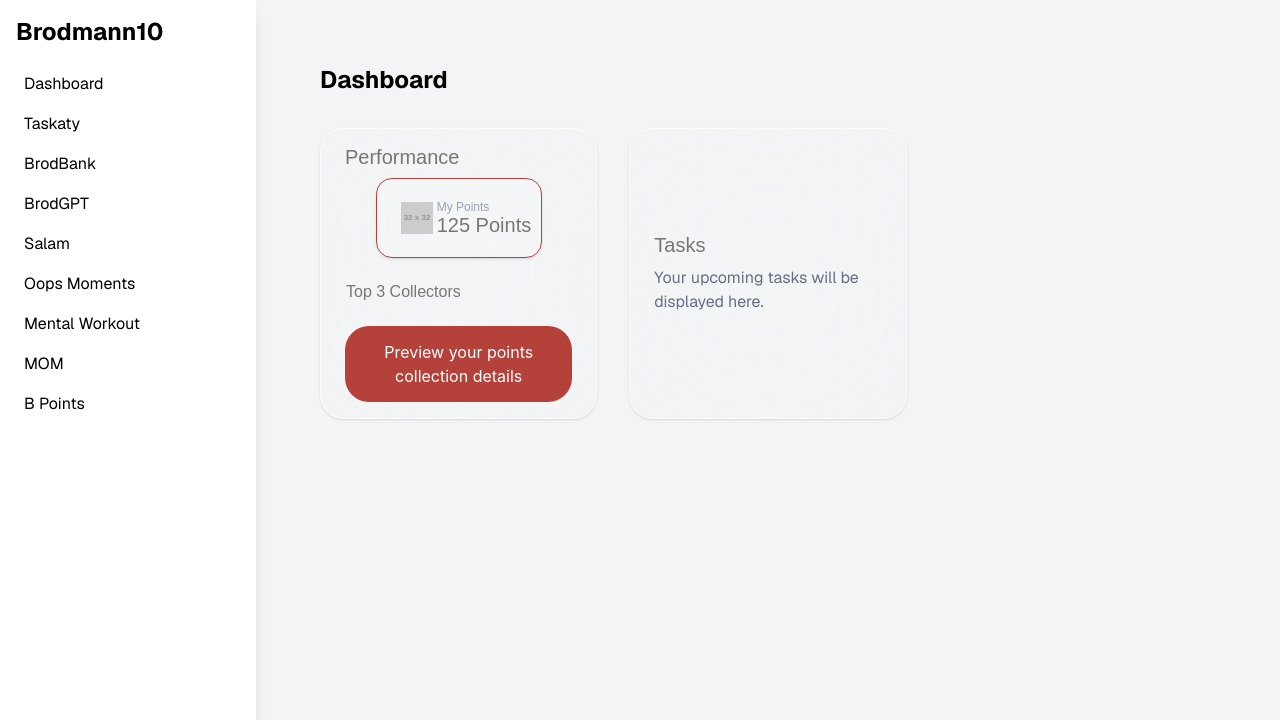
Repository: niirshihab/aetherav14
Page: /dashboard
These files come from the project's save history. The page is drawn as it stood at one moment and after the next save; the edit follows.
The browser window is 1280 px wide. The pictures show the whole page.
The project was rebuilt for these pictures with package versions that can differ from the ones it lists, and the page was loaded fresh each time. Some packages were replaced by stand-ins written for this rebuild. The framework's server and built-in components were replaced by stand-ins that run in the browser. Also part of the build but not shown: next.config.js.

Above is the page before, as saved 2024-07-21 02:02:21.

### app/dashboard/layout.tsx
import { Sidebar } from '@/components/SideNav'

export default function DashboardLayout({
  children,
}: {
  children: React.ReactNode
}) {
  return (
    <div className="flex flex-col lg:flex-row min-h-screen bg-gray-100">
      <Sidebar />
      <main className="flex-1 overflow-y-auto p-4 lg:p-8">{children}</main>
    </div>
  )
}

### app/dashboard/page.tsx
// app/dashboard/page.tsx
import { Widget } from '@/components/Widget'
import { Button } from '@/components/Button'

export default function DashboardPage() {
  return (
    <div className="p-8">
      <h1 className="text-2xl font-bold mb-8">Dashboard</h1>
      <div className="grid grid-cols-1 md:grid-cols-2 lg:grid-cols-3 gap-8">
        <Widget title="Performance">
          <div className="w-80 h-20 justify-center items-center inline-flex">
            <div className="grow shrink basis-0 self-stretch justify-center items-center gap-2 inline-flex">
              <div className="w-40 h-20 justify-center items-center flex">
                <div className="grow shrink basis-0 self-stretch p-6 bg-brod-stone-50/5 rounded-2xl shadow border border-brod-rose-700 flex-col justify-center items-center gap-2 inline-flex">
                  <div className="h-16 justify-start items-center gap-1 inline-flex">
                    <img className="w-8 h-8" src="https://via.placeholder.com/32x32" alt="User" />
                    <div className="flex-col justify-start items-start gap-0.5 inline-flex">
                      <div className="text-gray-400 text-xs font-normal font-abeezee leading-none">My Points</div>
                      <div className="w-28 justify-start items-center gap-1 inline-flex">
                        <div className="text-brod-stone/60 text-xl font-normal font-abeezee leading-none">125 Points</div>
                      </div>
                    </div>
                  </div>
                </div>
              </div>
              {/* Add Company's Average section here */}
            </div>
          </div>
          <div className="self-stretch h-10 pl-px justify-start items-center inline-flex">
            <div className="grow shrink basis-0 flex-col justify-start items-start gap-0.5 inline-flex">
              <div className="text-brod-stone/60 text-base font-normal font-abeezee leading-none">Top 3 Collectors</div>
            </div>
            {/* Add top 3 collectors images here */}
          </div>
          <Button>Preview your points collection details</Button>
        </Widget>

        {/* Example of another widget */}
        <Widget title="Tasks">
          {/* Add task-related content here */}
          <p className="text-brod-gray-500">Your upcoming tasks will be displayed here.</p>
        </Widget>

        {/* Add more widgets as needed */}
      </div>
    </div>
  )
}

### app/globals.css
@tailwind base;
@tailwind components;
@tailwind utilities;

:root {
  --foreground: 0 0% 0%;
  --background: 0 0% 100%;
}

@media (prefers-color-scheme: dark) {
  :root {
    --foreground: 0 0% 100%;
    --background: 0 0% 0%;
  }
}

body {
  color: hsl(var(--foreground));
  background: hsl(var(--background));
}

### components/SideNav.tsx
'use client'

import React, { useState } from 'react';
import Link from 'next/link';
import { Menu, X } from 'lucide-react';

const navItems = [
  { name: 'Dashboard', href: '/dashboard', icon: 'dashboard-icon' },
  { name: 'Taskaty', href: '/taskaty', icon: 'taskaty-icon', dropdown: true },
  { name: 'BrodBank', href: '/brodbank', icon: 'brodbank-icon' },
  { name: 'BrodGPT', href: '/brodgpt', icon: 'brodgpt-icon' },
  { name: 'Salam', href: '/salam', icon: 'salam-icon', dropdown: true },
  { name: 'Oops Moments', href: '/oops-moments', icon: 'oops-moments-icon' },
  { name: 'Mental Workout', href: '/mental-workout', icon: 'mental-workout-icon' },
  { name: 'MOM', href: '/mom', icon: 'mom-icon' },
  { name: 'B Points', href: '/b-points', icon: 'b-points-icon' },
];

export const Sidebar: React.FC = () => {
  const [isOpen, setIsOpen] = useState(false);

  return (
    <>
      <button
        className="lg:hidden fixed top-4 left-4 z-20"
        onClick={() => setIsOpen(!isOpen)}
      >
        {isOpen ? <X size={24} /> : <Menu size={24} />}
      </button>
      <div className={`fixed inset-y-0 left-0 transform ${isOpen ? "translate-x-0" : "-translate-x-full"} lg:relative lg:translate-x-0 transition duration-200 ease-in-out lg:flex lg:flex-col w-64 bg-white shadow-lg z-10`}>
        <div className="p-4">
          <h1 className="text-2xl font-bold">Brodmann10</h1>
        </div>
        <nav className="flex-1 overflow-y-auto">
          {navItems.map((item) => (
            <div key={item.name} className="px-4 py-2">
              <Link href={item.href} className="flex items-center space-x-2 text-black hover:text-brod-rose-700">
                <span>{/* Add icon here */}</span>
                <span>{item.name}</span>
              </Link>
            </div>
          ))}
        </nav>
      </div>
    </>
  );
};

### components/Widget.tsx
// components/Widget.tsx
import React from 'react';

interface WidgetProps {
  title: string;
  children: React.ReactNode;
}

export const Widget: React.FC<WidgetProps> = ({ title, children }) => {
  return (
    <div className="w-full max-w-sm mx-auto sm:max-w-md md:max-w-lg lg:max-w-xl xl:max-w-2xl h-auto px-4 sm:px-6 py-4 bg-brod-stone-50/5 rounded-3xl shadow border border-white/70 backdrop-blur-3xl flex-col justify-center items-start gap-2 inline-flex">
      <div className="w-full justify-start items-center gap-4 inline-flex">
        <h2 className="text-brod-stone/60 text-xl font-normal font-abeezee leading-tight">{title}</h2>
      </div>
      <div className="self-stretch flex-col justify-center items-center gap-3.5 flex">
        {children}
      </div>
    </div>
  );
};

### components/Button.tsx
// components/Button.tsx
import React from 'react';

interface ButtonProps {
  children: React.ReactNode;
  onClick?: () => void;
}

export const Button: React.FC<ButtonProps> = ({ children, onClick }) => {
  return (
    <button
      onClick={onClick}
      className="w-full sm:w-auto px-4 sm:px-7 py-2 sm:py-3.5 bg-brod-rose-700 rounded-3xl flex justify-center items-center"
    >
      <span className="text-center text-white text-sm sm:text-base font-normal font-inter leading-normal">
        {children}
      </span>
    </button>
  );
};

### tailwind.config.ts
// tailwind.config.js
module.exports = {
  content: [
    './pages/**/*.{js,ts,jsx,tsx,mdx}',
    './components/**/*.{js,ts,jsx,tsx,mdx}',
    './app/**/*.{js,ts,jsx,tsx,mdx}',
  ],
  theme: {
    extend: {
      colors: {
        'brod-black': '#000000',
        'brod-zinc': '#1B1B1B',
        'brod-stone': '#242220',
        'brod-slate': '#334058',
        'brod-gray': {
          400: '#948997',
          500: '#666E81',
        },
        'brod-rose': {
          500: '#F4485D',
          700: '#B5413B',
        },
        'brod-orange': '#EE9849',
        'brod-stone-50': '#FEF9F9',
        foreground: 'hsl(var(--foreground))',
        background: 'hsl(var(--background))',
      },
      fontFamily: {
        'abeezee': ['ABeeZee', 'sans-serif'],
        'inter': ['Inter', 'sans-serif'],
        'poppins': ['Poppins', 'sans-serif'],
        'roboto': ['Roboto', 'sans-serif'],
      },
    },
  },
  plugins: [],
}

Loaded but not shown: app/layout.tsx (common file)

After the next save:
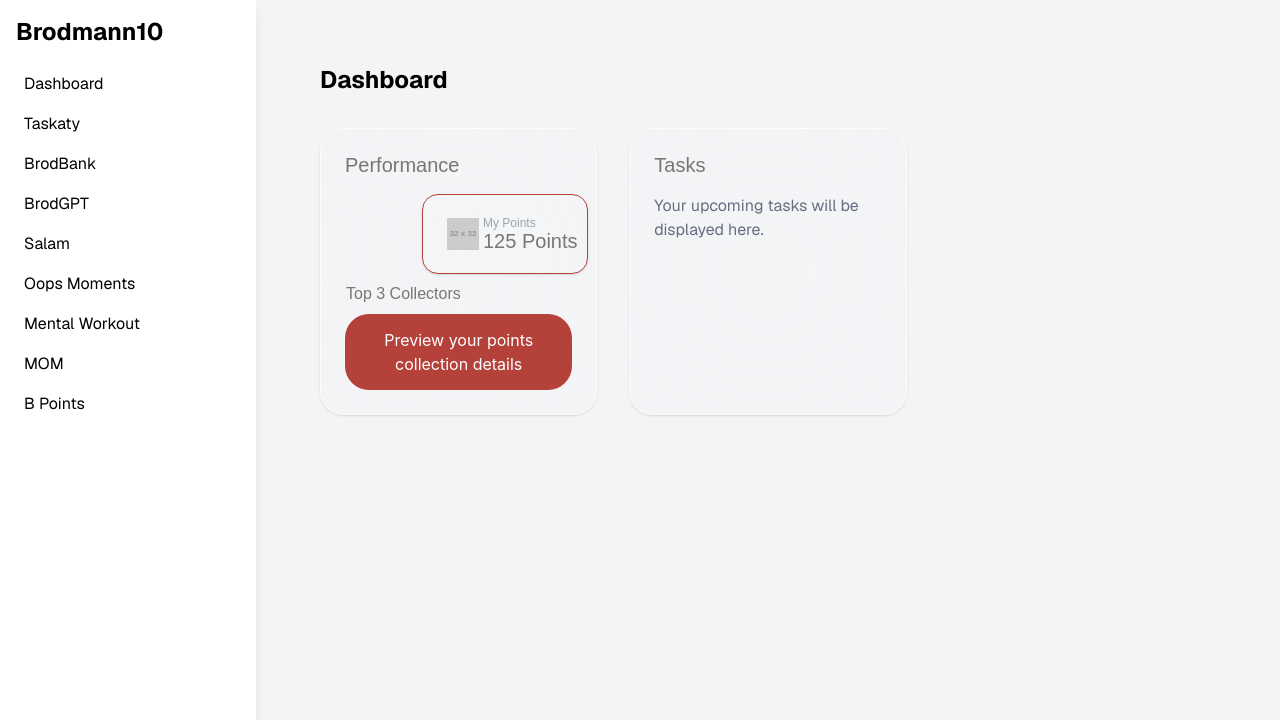
Saved 19 s later.
--- a/components/Widget.tsx
+++ b/components/Widget.tsx
@@ -8,11 +8,9 @@ interface WidgetProps {
 
 export const Widget: React.FC<WidgetProps> = ({ title, children }) => {
   return (
-    <div className="w-full max-w-sm mx-auto sm:max-w-md md:max-w-lg lg:max-w-xl xl:max-w-2xl h-auto px-4 sm:px-6 py-4 bg-brod-stone-50/5 rounded-3xl shadow border border-white/70 backdrop-blur-3xl flex-col justify-center items-start gap-2 inline-flex">
-      <div className="w-full justify-start items-center gap-4 inline-flex">
-        <h2 className="text-brod-stone/60 text-xl font-normal font-abeezee leading-tight">{title}</h2>
-      </div>
-      <div className="self-stretch flex-col justify-center items-center gap-3.5 flex">
+    <div className="w-full bg-brod-stone-50/5 rounded-3xl shadow border border-white/70 backdrop-blur-3xl flex-col justify-center items-start gap-2 p-4 sm:p-6">
+      <h2 className="text-brod-stone/60 text-xl font-normal font-abeezee leading-tight mb-4">{title}</h2>
+      <div className="w-full">
         {children}
       </div>
     </div>
